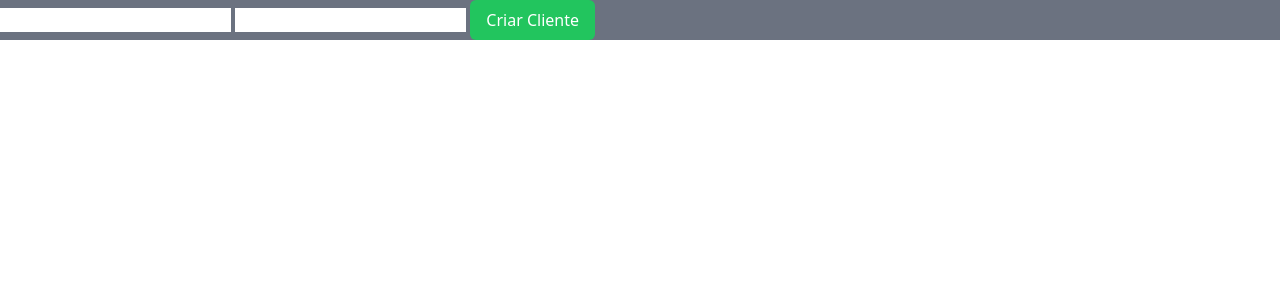
Repository: Gstxxx/sales-manager-laravel
Page: http://localhost/
The author's editor kept a copy of each file at every save. The page is drawn from the files as they stood at one save, then again after the next save.
The browser window is 1280 px wide. The pictures show the whole page.
The page is served by the project's Laravel application, run on PHP 8.4 with Laravel 12. Style sheets and scripts are compiled from the project's sources, by tool versions that may differ from the author's.

Above is the page before, as saved 2024-06-09 03:01:00.

After the next save:
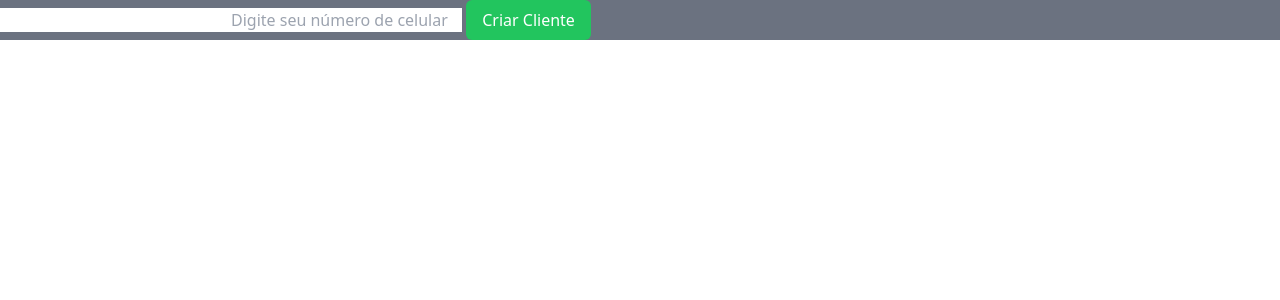
Saved 53 s later.
--- a/resources/views/home.blade.php
+++ b/resources/views/home.blade.php
@@ -11,8 +11,27 @@
     <div class="bg-gray-500 flex flex-col">
         <form action="{{ route('addClient') }}" method="POST">
             @csrf
-            <input type="text" name="name-client" id="name-client">
-            <input type="number" name="number-client" id="number-client">
+            <input type="text" name="name-client" id="name-client"><input type="text" name="number-client" id="number-client" placeholder="Digite seu número de celular">
+
+            @push('scripts')
+            <script>
+                document.getElementById('number-client').addEventListener('input', function (e) {
+                var inputValue = e.target.value.replace(/\D/g, ''); // Remove todos os caracteres que não são dígitos
+                var formattedValue = formatPhoneNumber(inputValue);
+                e.target.value = formattedValue;
+            });
+
+            function formatPhoneNumber(phoneNumber) {
+                var formattedNumber = phoneNumber;
+                if (phoneNumber.length === 11) {
+                    formattedNumber = phoneNumber.replace(/(\d{2})(\d{5})(\d{4})/, '($1) $2-$3');
+                } else if (phoneNumber.length === 10) {
+                    formattedNumber = phoneNumber.replace(/(\d{2})(\d{4})(\d{4})/, '($1) $2-$3');
+                }
+                return formattedNumber;
+            }
+            </script>
+            @endpush
             <button type="submit" id="add-bt"
                         class="px-4 py-2 bg-green-500 text-white rounded-md hover:bg-green-600 focus:outline-none focus:bg-green-600">Criar Cliente</button>
         </form>
